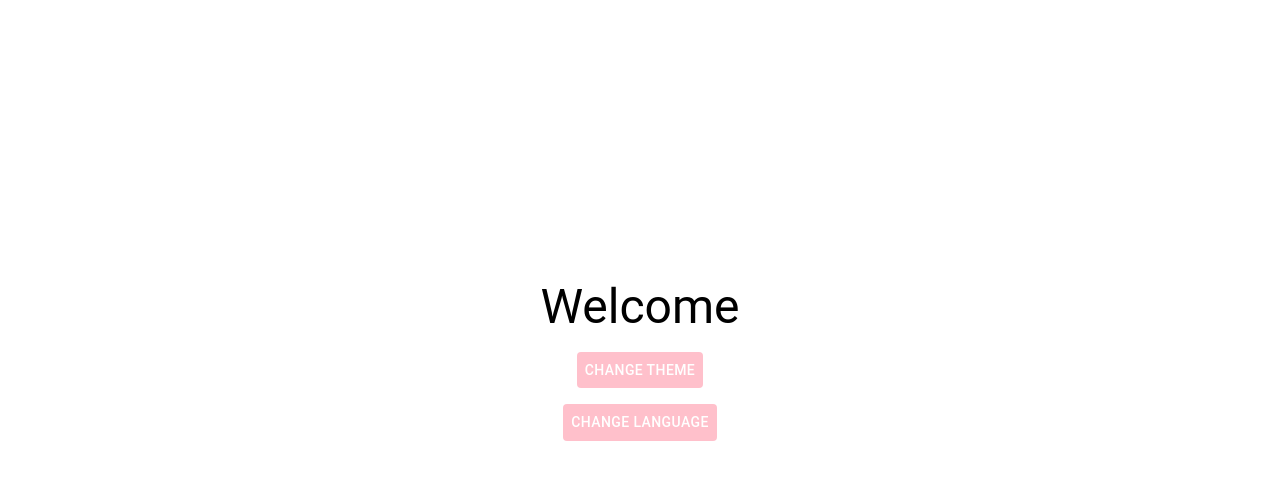
Repository: savannaaaas/contextLanguageTheme
Page: /
The author's editor kept a copy of each file at every save. The page is drawn from the files as they stood at one save, then again after the next save.
The browser window is 1280 px wide. The pictures show the whole page.
The project was rebuilt for these pictures with package versions that can differ from the ones it lists, and the page was loaded fresh each time. Also part of the build but not shown: vite.config.js.

Above is the page before, as saved 2025-07-11 17:39:49.

After the next save:
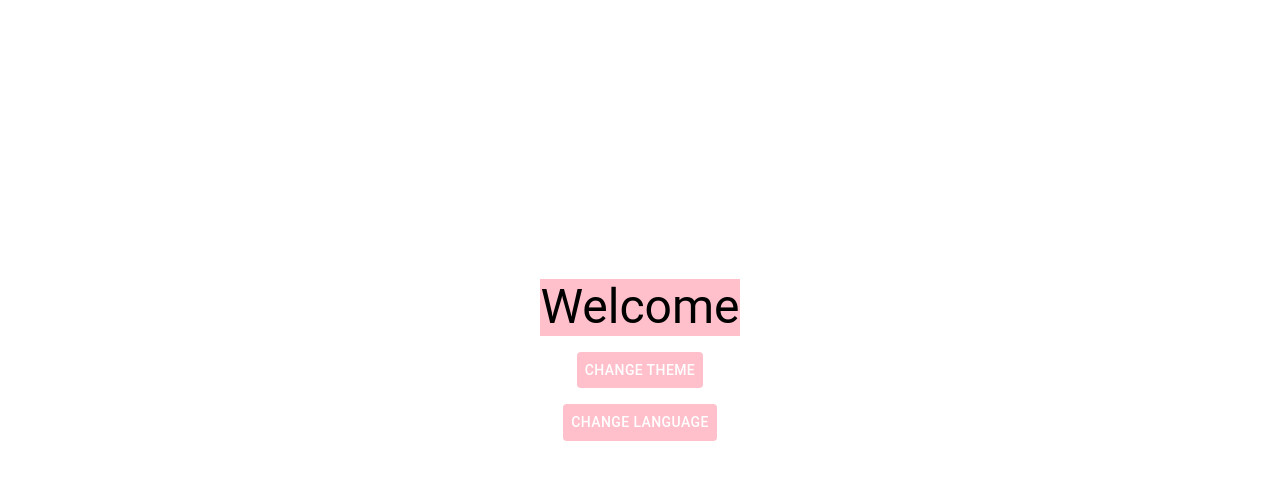
Saved 22 s later.
--- a/src/components/Header.jsx
+++ b/src/components/Header.jsx
@@ -21,7 +21,7 @@ export const Header = () => {
       variant="h3"
       style={{
         color: theme === "light" ? "black" : "white",
-        backgroundColor: theme === "light" ? "white" : "black",
+        backgroundColor: theme === "light" ? "pink" : "red",
       }}
     >
       {translations[language].welcome}
